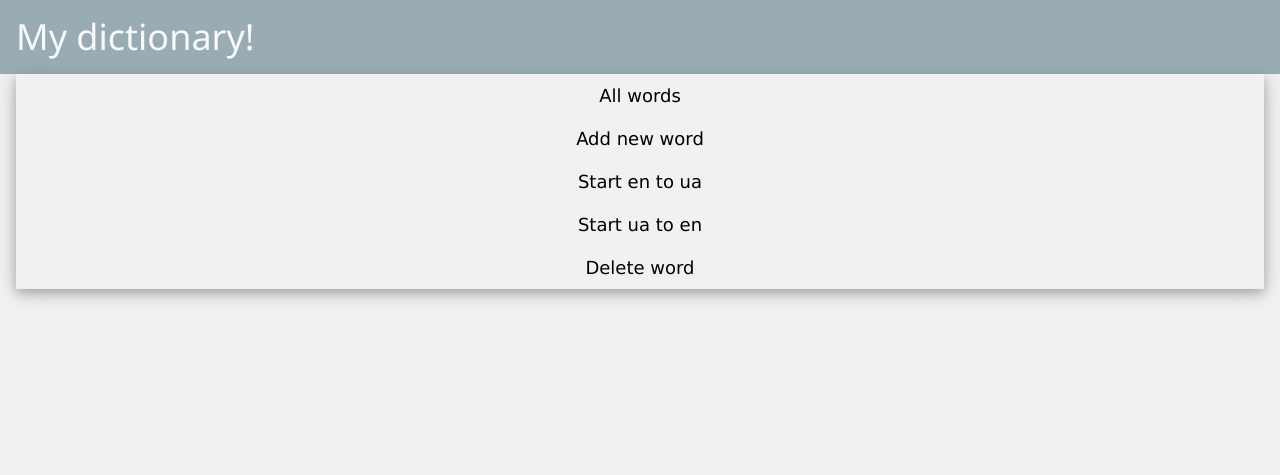
Repository: OleksandrDoskaliukKN313/IIC
Page: WebDictionary/WebContent/index.html
The author's editor kept a copy of each file at every save. The page is drawn from the files as they stood at one save, then again after the next save.
The browser window is 1280 px wide. The pictures show the whole page.

Above is the page before, as saved 2020-10-12 10:08:37.

After the next save:
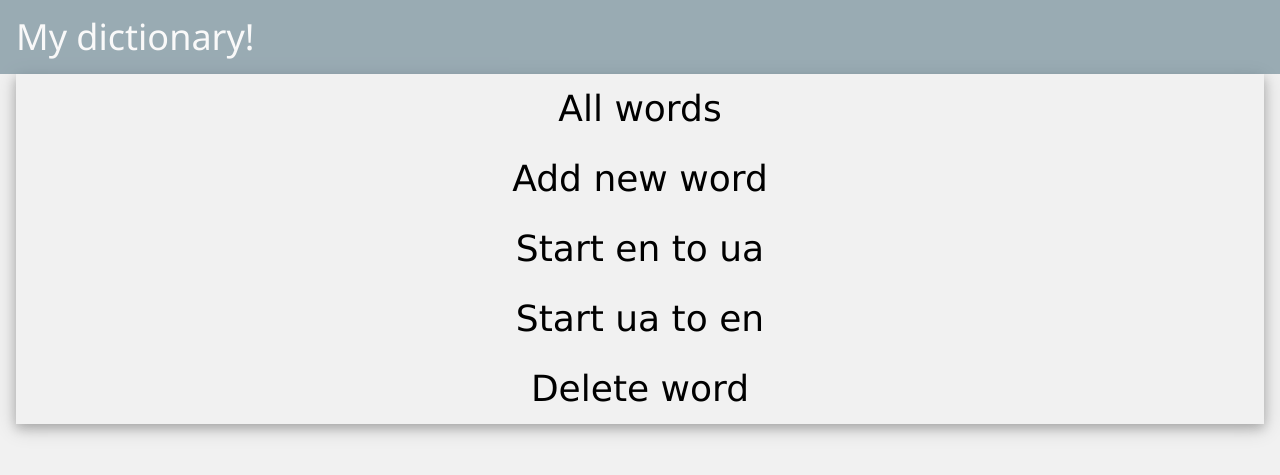
Saved 20 s later.
--- a/WebDictionary/WebContent/index.html
+++ b/WebDictionary/WebContent/index.html
@@ -10,7 +10,7 @@
         <h1>My dictionary!</h1>
     </div>
     <div class="w3-container w3-center">       <!-- content -->
-        <div class="w3-card-4 w3-flex w3-large">    <!-- buttons holder -->
+        <div class="w3-card-4 w3-flex w3-xxlarge">    <!-- buttons holder -->
             <button class="w3-btn w3-hover-green w3-round-large" onclick="location.href='allWords'">All words</button>
             <button class="w3-btn w3-hover-green w3-round-large" onclick="location.href='addWord'">Add new word</button>
             <button class="w3-btn w3-hover-green w3-round-large" onclick="location.href='en_ua'">Start en to ua</button>
